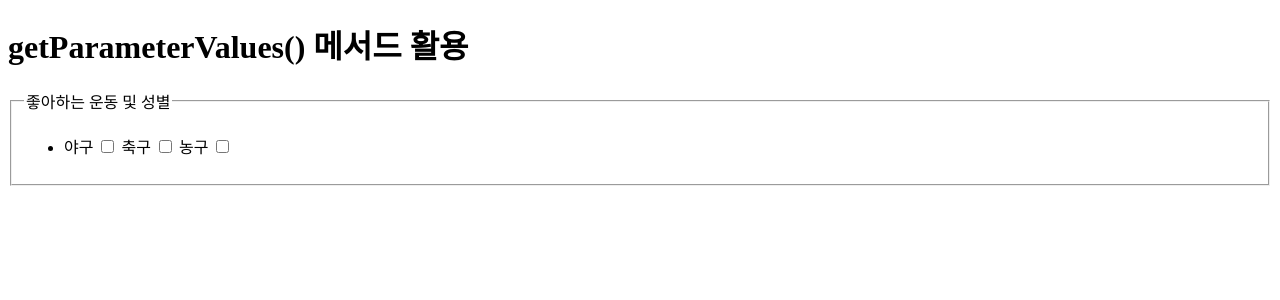
Repository: ghs0814/jsp-workspace
Page: http://localhost/ServletProject/login/Sport.jsp
The author's editor kept a copy of each file at every save. The page is drawn from the files as they stood at one save, then again after the next save.
The browser window is 1280 px wide. The pictures show the whole page.
The page is served by Tomcat 9.

Above is the page before, as saved 2026-05-20 04:04:14.

After the next save:
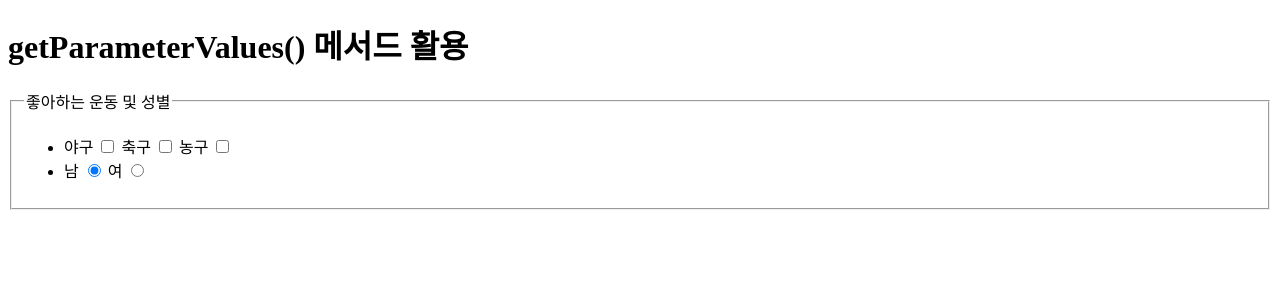
Saved 2 min 58 s later.
--- a/ServletProject/src/main/webapp/login/Sport.jsp
+++ b/ServletProject/src/main/webapp/login/Sport.jsp
@@ -20,6 +20,13 @@
 						<label>농구</label>
 						<input type="checkbox" name="sports" value="농구">
 					</li>
+
+					<li>
+						<label>남</label>
+						<input type="radio" name="gender" value="남자" checked="checked">
+						<label>여</label>
+						<input type="radio" name="gender" value="여자" >
+					</li>
 				</ul>
 		</fieldset>
 
